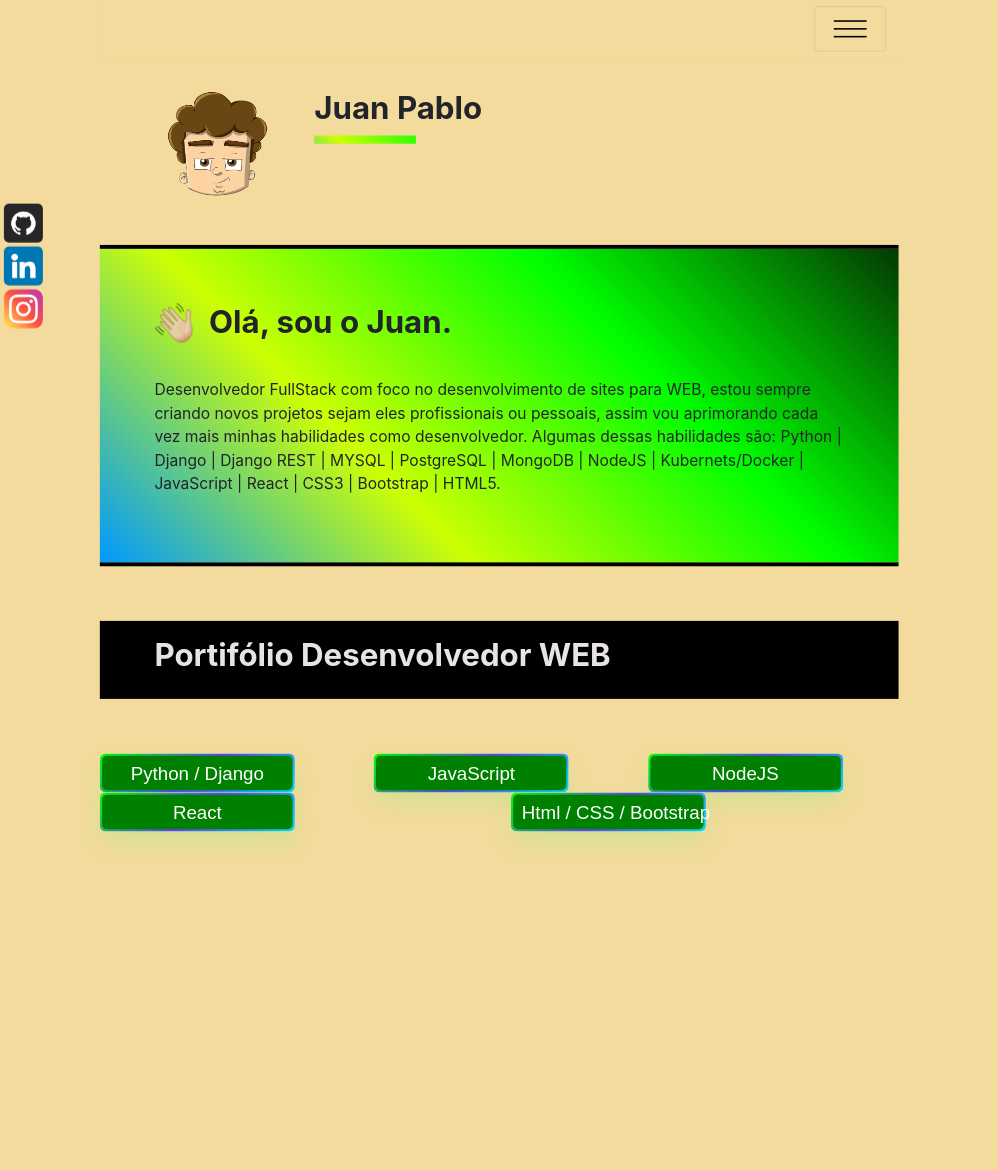
Repository: JuanPabloDS/portifolio
Page: http://localhost/
The author's editor kept a copy of each file at every save. The page is drawn from the files as they stood at one save, then again after the next save.
The browser window is 1280 px wide. The pictures show the whole page, at 78% of full size.
The page is served by the project's application, run on Django 4.2 (manage.py). Other server files are loaded and not shown.

Above is the page before, as saved 2023-02-23 11:16:17.

### core/templates/index.html
{% extends 'base.html' %}

{% block content %}

{% include 'perfil.html' %}

{% include 'apresentacao.html' %}

{% include 'developer.html' %}

{% include 'footer.html' %}

{% endblock %}

### core/templates/base.html
{% load static %}
<!DOCTYPE html>
<html lang="pt-br">

    <head>
        <!-- Required meta tags -->
        <meta charset="UTF-8">
        <meta http-equiv="X-UA-Compatible" content="IE=edge">
        <meta name="viewport" content="width=device-width, initial-scale=1.0">
        <title>Portifólio</title>

        <!-- Bootstrap CSS -->
        <link rel="stylesheet" href="{% static 'css/bootstrap.min.css' %}">
        <link rel="stylesheet" href="{% static 'css/style.css' %}">


    </head>

    <body>
        <div class="pos-f-t">
            <nav class="navbar navbar-light menu">
              <button class="navbar-toggler" type="button" data-toggle="collapse" data-target="#navbarToggleExternalContent" aria-controls="navbarToggleExternalContent" aria-expanded="false" aria-label="Toggle navigation">
                <div class="burger"><i></i><i></i><i></i></div>
              </button>
            </nav>
            <div class="collapse" id="navbarToggleExternalContent">
              <div class="bg-dark p-4">
                <div class="menu-itens">
                  <h1>HOME</h1>
                </div>
                <div class="menu-itens">
                  <h1>HOME</h1>
                </div>
                <div class="menu-itens">
                  <h1>HOME</h1>
                </div>
                <div class="menu-itens">
                  <h1>HOME</h1>
                </div>
              </div>
            </div>
          </div>
{% block content %}
{% endblock %}

### core/templates/perfil.html
{% load static %}
<div class="perfil">
    <img src="{% static '/img/perfil/eu.png' %}" alt="">
    <div class="borda">
        <h1>Juan Pablo</h1>
    </div>
</div>

### core/templates/apresentacao.html
{% load static %}
<div class="apresentacao">
    <div class="texto">
        <div>
            <img src="{% static '/img/icons/acenar.png' %}" alt="">
            <h1>Olá, sou o Juan.</h1>
        </div>
        <div class="paragrafo">
            <p>Desenvolvedor FullStack com foco no desenvolvimento de sites para WEB, estou sempre criando
            novos projetos sejam eles profissionais ou pessoais, assim vou aprimorando cada vez
            mais minhas habilidades como desenvolvedor. Algumas dessas habilidades são:
            Python | Django | Django REST | MYSQL | PostgreSQL | MongoDB | NodeJS | Kubernets/Docker |
            JavaScript | React | CSS3 | Bootstrap | HTML5.   </p>
        </div>
    </div>
    <div class="icons">
        <img src="{% static '/img/icons/github.png' %}" alt="">
        <img src="{% static '/img/icons/linkedin.png' %}" alt="">
        <img src="{% static '/img/icons/instagram.png' %}" alt="">
    </div>
</div>

### core/templates/developer.html
{% load static %}
<div class="dev">
    <div class="dev-1">
        <h1>Portifólio Desenvolvedor WEB</h1>
    </div>
    <div class="dev-menu row">
        <div class="col-sm">
            <button class="button-64" role="button"><span class="text but-1">Python / Django</span></button>
        </div>
        <div class="col-sm">
            <button class="button-64" role="button"><span class="text but-1">JavaScript</span></button>
        </div>
        <div class="col-sm">
            <button class="button-64" role="button"><span class="text but-1">NodeJS</span></button>
        </div>
        <div class="col-sm">
            <button class="button-64" role="button"><span class="text but-1">React</span></button>
        </div>
        <div class="col-sm">
            <button class="button-64" role="button"><span class="text but-1">Html / CSS / Bootstrap</span></button>
        </div>
    </div>
</div>

### core/templates/footer.html
{% load static %}
<!-- jQuery first, then Tether, then Bootstrap JS. -->
<script src="{% static 'js/jquery.js' %}"></script>
<script src="{% static 'js/bootstrap.js' %}" ></script>
<script src="{% static 'js/bootstrap.min.js' %}" ></script>
<script src="{% static 'js/bootstrap.bundle.js' %}" ></script>
<script src="{% static 'js/bootstrap.bundle.min.js' %}" ></script>
</body>
</html>

### core/views.py
from django.views.generic import TemplateView

class IndexView(TemplateView):
    template_name: str = 'index.html'

### portifolio/urls.py
"""portifolio URL Configuration

The `urlpatterns` list routes URLs to views. For more information please see:
    https://docs.djangoproject.com/en/4.1/topics/http/urls/
Examples:
Function views
    1. Add an import:  from my_app import views
    2. Add a URL to urlpatterns:  path('', views.home, name='home')
Class-based views
    1. Add an import:  from other_app.views import Home
    2. Add a URL to urlpatterns:  path('', Home.as_view(), name='home')
Including another URLconf
    1. Import the include() function: from django.urls import include, path
    2. Add a URL to urlpatterns:  path('blog/', include('blog.urls'))
"""
from django.contrib import admin
from django.urls import path, include

from django.conf.urls.static import static
from django.conf import settings

urlpatterns = [
    path('admin/', admin.site.urls),
    path('', include('core.urls')),
] + static(settings.MEDIA_URL, document_root=settings.MEDIA_ROOT)

### core/urls.py
from django.urls import path
from .views import IndexView

urlpatterns = [
    path('', IndexView.as_view(), name='index')
]

### core/static/css/style.css
/*! Menu inicial */

body{
    width: 80%;
    margin: auto;
    height: 1500px;
    background-color: #f2db9c;
}

@media screen and (max-width: 600px) {
    body{
        width: 100%;
        margin: auto;
    }

}

.burger {

    z-index: 9998;
    cursor: pointer;
    padding: 5px 4px;
    background-color: transparent;
}

.burger i {
    display: block;
    width: 42px;
    height: 2px;
    margin: 8px;
    background-color: black;
}

.burger:active,
.burger:focus {
 outline-color:0;
 outline-style:none;
 outline-width:0
}
.burger i {
 display:block;
 width:42px;
 height:2px;
 margin:8px;
 background-color:black
}

.burger i:nth-child(n) {
 -moz-transition:-moz-transform .45s cubic-bezier(.43,.77,.15,1.5),background .3s ease;
 -o-transition:-o-transform .45s cubic-bezier(.43,.77,.15,1.5),background .3s ease;
 -webkit-transition:-webkit-transform .45s cubic-bezier(.43,.77,.15,1.5),background .3s ease;
 transition:transform .45s cubic-bezier(.43,.77,.15,1.5),background .3s ease
}
.burger.hover i:nth-child(1) {
 -moz-transform:translate3d(0,-4px,0);
 -ms-transform:translate3d(0,-4px,0);
 -webkit-transform:translate3d(0,-4px,0);
 transform:translate3d(0,-4px,0)
}
.burger.hover i:nth-child(3) {
 -moz-transform:translate3d(0,4px,0);
 -ms-transform:translate3d(0,4px,0);
 -webkit-transform:translate3d(0,4px,0);
 transform:translate3d(0,4px,0)
}
.burger.st-1 {
 animation:rotate-back-in .8s cubic-bezier(.2,.86,.35,1) forwards;
 -webkit-animation:rotate-back-in .8s cubic-bezier(.2,.86,.35,1) forwards
}
.burger.st-1 i:nth-child(1) {
 -moz-transform:translate3d(0,9px,0);
 -ms-transform:translate3d(0,9px,0);
 -webkit-transform:translate3d(0,9px,0);
 transform:translate3d(0,9px,0)
}
.burger.st-1 i:nth-child(3) {
 -moz-transform:translate3d(0,-9px,0);
 -ms-transform:translate3d(0,-9px,0);
 -webkit-transform:translate3d(0,-9px,0);
 transform:translate3d(0,-9px,0)
}
.burger.st-2 {
 animation:rotate-back-out .85s cubic-bezier(.2,.86,.35,1) forwards;
 -webkit-animation:rotate-back-out .85s cubic-bezier(.2,.86,.35,1) forwards
}
.burger.st-2 i:nth-child(1) {
 -moz-transform:translate3d(0,10px,0) rotate(45deg) scale(1.5);
 -ms-transform:translate3d(0,10px,0) rotate(45deg) scale(1.5);
 -webkit-transform:translate3d(0,10px,0) rotate(45deg) scale(1.5);
 transform:translate3d(0,10px,0) rotate(45deg) scale(1.5)
}
.burger.st-2 i:nth-child(2) {
 opacity:0
}
.burger.st-2 i:nth-child(3) {
 -moz-transform:translate3d(0,-10px,0) rotate(-45deg) scale(1.5);
 -ms-transform:translate3d(0,-10px,0) rotate(-45deg) scale(1.5);
 -webkit-transform:translate3d(0,-10px,0) rotate(-45deg) scale(1.5);
 transform:translate3d(0,-10px,0) rotate(-45deg) scale(1.5)
}
.burger.st-2.hover i:nth-child(1) {
 -moz-transform:translate3d(0,10px,0) rotate(50deg) scale(1.5);
 -ms-transform:translate3d(0,10px,0) rotate(50deg) scale(1.5);
 -webkit-transform:translate3d(0,10px,0) rotate(50deg) scale(1.5);
 transform:translate3d(0,10px,0) rotate(50deg) scale(1.5)
}
.burger.st-2.hover i:nth-child(3) {
 -moz-transform:translate3d(0,-10px,0) rotate(-50deg) scale(1.5);
 -ms-transform:translate3d(0,-10px,0) rotate(-50deg) scale(1.5);
 -webkit-transform:translate3d(0,-10px,0) rotate(-50deg) scale(1.5);
 transform:translate3d(0,-10px,0) rotate(-50deg) scale(1.5)
}

.menu{
    height: 20%;
    background-color: #f2db9c;
    color: black;
}

.menu button{
    position: relative;
    right: inherit;
    float: right;
    margin-left: auto;
    color: black;
}

.menu span {
    color: black;
}



.menu-itens {
    height: 80px;
    background-color: blue;
    text-align: center;
    padding-top: 13px;
    margin-bottom: 10px;
    font-size: 50%;
}

@media screen and (max-width: 600px){
    .menu button{
        position: relative;
        padding-top: 0;
        right: inherit;
        padding-right: 0;
        padding-left: 5px;
        padding-bottom: 0;
        width: 60px;
        height: 50px;
    }

    .menu-itens {
        height: 30px;
        background-color: blue;
    }

    .menu-itens h1 {
        font-size: 150%;
        line-height: 0.2;
    }

    .burger i {
        width:25px;
        height:2px;
       }
}

/*! Fim Menu inicial */

/*! Perfil */

.perfil{
    padding-top: 40px;
    padding-left: 80px;
    margin-bottom: 200px;
}

.perfil img {
    width: 140px;
    height: 140px;
    float: left;
}

.perfil h1 {
    margin-left: 50px;
    position: absolute;
    font-weight: bold;


}
.borda{
    position: relative;
    padding-left: 145px;
}

.borda::before, .borda::after{
    content: '';
    position: absolute;
    z-index: -1;
    width: calc(130px);
    height: calc(10px);
    top: 60px;
    background: linear-gradient(45deg, #0099ff, #cdff04, #00ff00, #043903 );
    margin-left: 50px;
    background-size: 300%;
    animation: AnimarBorda 8s linear infinite;

}

@keyframes AnimarBorda {
    0% {
        background-position: 0;
    }
    100% {
        background-position: 300%;
    }
}

@media screen and (max-width: 900px) {
    .perfil {
        padding-left: 20px;
        margin-bottom: 100px;

    }
    .perfil img {
        width: 60px;
        height: 60px;
    }
    .perfil h1 {
        font-size: 30px;
    }

    .borda{
        padding-left: 30px;
    }

    .borda::before, .borda::after{
        margin-left: 20px;
        top: 40px;

    }

}

/*! Fim Perfil */

/*! Apresentaçao */

.apresentacao{
    background-color: #f2e5c0;
    padding: 70px;
    position: relative;
    border-bottom: 5px solid black;
    border-top: 5px solid black;
    background: linear-gradient(45deg,#0099ff, #cdff04, #00ff00, #043903
    );
    animation-name: ring;
    animation-duration: 1000ms;
    animation-timing-function: linear;
    animation-iteration-count: infinite;
    display: flex;
    justify-content: center;
    align-items: center;

@keyframes ring {
    0%{
        tranform:rotate(-360deg)
    }
}

}

.texto {
    display: flex;
    flex-direction: column ;
    flex-wrap: wrap;
}

.texto h1 {
    margin-left: 20px;
    font-weight: bold;
    float: left;
    align-self: stretch;
}

.texto img {
    width: 50px;
    height: 50px;
    float: left;
}

.paragrafo p {
    margin-top: 40px;
    font-size: 20px;
}

.icons{
    position: fixed;
    padding-bottom: 23%;
    padding-left: 5px;
    bottom: 0;
    left: 0;
    width: 50px;
}

.icons img{
    width: 50px;
    height: 50px;
    margin-bottom: 5px;
}

@media screen and (max-width: 900px) {
    .icons{
        width: 20px;
    }

    .icons img{
        width: 20px;
        height: 20px;
        margin-bottom: 5px;
    }

    .texto h1 {
        font-size: 20px;
    }

    .texto img {
        width: 25px;
        height: 25px;
    }

    .paragrafo p {
        margin-top: 20px;
        font-size: 15px;
    }

}

/*! Fim Apresetação */

/*! Developer */

.dev-1 {
    margin-top: 70px;
    height: 100px;
    background-color: black;
    padding-top: 20px;
    padding-left: 70px;
}

.dev-1 h1 {
    color: rgb(232, 228, 228);
    font-weight: bold;

}

.dev-menu {
    margin-top: 70px;
    display: flex;
    flex-direction: row ;
    flex-wrap: wrap;
}

.dev-menu button {
    width: 250px;
    height: 50px;
}

/* CSS */
.button-64 {
  align-items: center;
  background-image: linear-gradient(144deg,#00ff00, #5B42F3 50%,#00DDEB);
  border: 0;
  border-radius: 8px;
  box-shadow: rgba(65, 252, 96, 0.2) 0 15px 30px -5px;
  box-sizing: border-box;
  color: white;
  display: flex;
  font-family: Phantomsans, sans-serif;
  font-size: 20px;
  justify-content: center;
  line-height: 1em;
  max-width: 100%;
  min-width: 140px;
  padding: 3px;
  text-decoration: none;
  user-select: none;
  -webkit-user-select: none;
  touch-action: manipulation;
  white-space: nowrap;
  cursor: pointer;
}

.button-64:active,
.button-64:hover {
  outline: 0;
}

.button-64 span {
  padding: 11px;
  border-radius: 6px;
  width: 100%;
  height: 100%;
  transition: 300ms;
}

.button-64:hover span {
  background: none;
}

.but-1 {
    background-color: green;
}

@media (min-width: 768px) {
  .button-64 {
    font-size: 24px;
    min-width: 196px;
  }
}

Loaded but not shown: core/static/css/bootstrap.min.css (library); core/static/js/jquery.js (library); core/static/js/bootstrap.js (library); core/static/js/bootstrap.min.js (library); core/static/js/bootstrap.bundle.js (library); core/static/js/bootstrap.bundle.min.js (library)

After the next save:
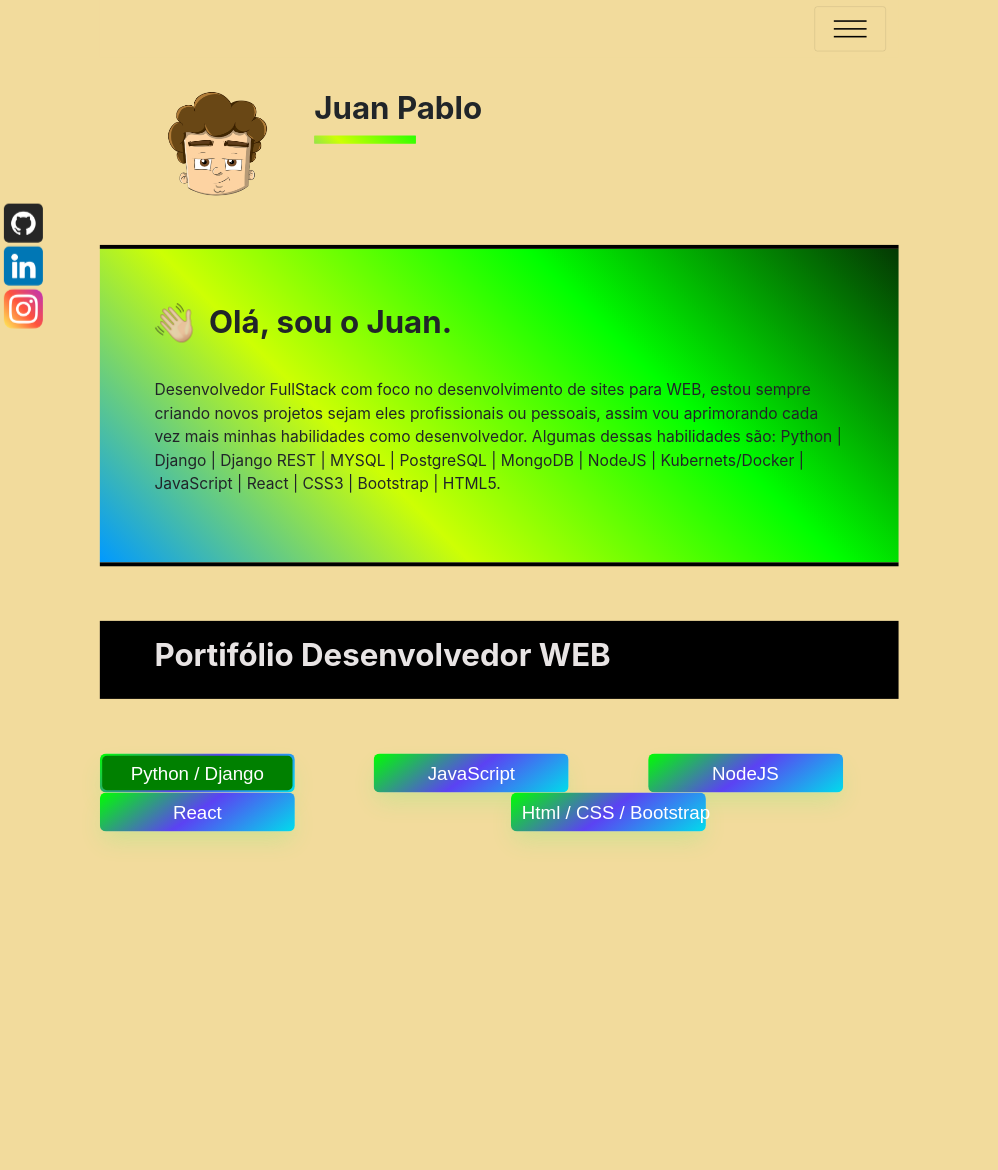
Saved 29 s later.
--- a/core/templates/developer.html
+++ b/core/templates/developer.html
@@ -8,16 +8,16 @@
             <button class="button-64" role="button"><span class="text but-1">Python / Django</span></button>
         </div>
         <div class="col-sm">
-            <button class="button-64" role="button"><span class="text but-1">JavaScript</span></button>
+            <button class="button-64" role="button"><span class="text but-2">JavaScript</span></button>
         </div>
         <div class="col-sm">
-            <button class="button-64" role="button"><span class="text but-1">NodeJS</span></button>
+            <button class="button-64" role="button"><span class="text but-3">NodeJS</span></button>
         </div>
         <div class="col-sm">
-            <button class="button-64" role="button"><span class="text but-1">React</span></button>
+            <button class="button-64" role="button"><span class="text but-4">React</span></button>
         </div>
         <div class="col-sm">
-            <button class="button-64" role="button"><span class="text but-1">Html / CSS / Bootstrap</span></button>
+            <button class="button-64" role="button"><span class="text but-5">Html / CSS / Bootstrap</span></button>
         </div>
     </div>
 </div>
